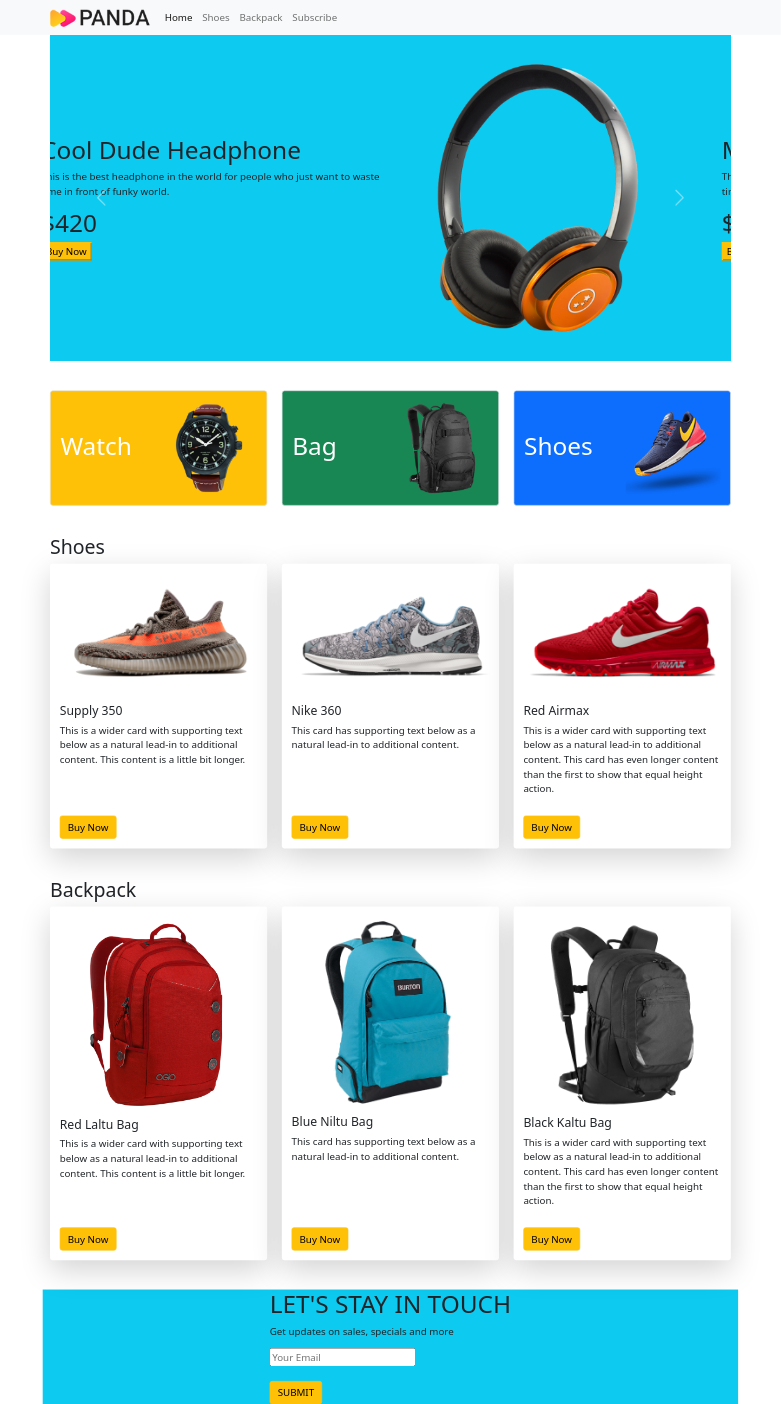
Repository: mdmohiddin/panda-commerce-rp
Page: index.html
The author's editor kept a copy of each file at every save. The page is drawn from the files as they stood at one save, then again after the next save.
The browser window is 1280 px wide. The pictures show the whole page, at 61% of full size.

Above is the page before, as saved 2021-07-28 19:45:19.

### index.html
<!DOCTYPE html>
<html lang="en">
<head>
    <meta charset="UTF-8">
    <meta http-equiv="X-UA-Compatible" content="IE=edge">
    <meta name="viewport" content="width=device-width, initial-scale=1.0">
    <title>panda-commerce</title>
    <!-- Bootstrap Stylesheet -->
    <link href="https://cdn.jsdelivr.net/npm/bootstrap@5.0.2/dist/css/bootstrap.min.css" rel="stylesheet" integrity="sha384-EVSTQN3/azprG1Anm3QDgpJLIm9Nao0Yz1ztcQTwFspd3yD65VohhpuuCOmLASjC" crossorigin="anonymous">

</head>
<body>
    <!-- header star -->
    <header>
        <nav class="navbar navbar-expand-lg navbar-light bg-light">
            <div class="container">
              <a class="navbar-brand" href="#">
                <img src="images/logo.png" alt="">
              </a>
              <button class="navbar-toggler" type="button" data-bs-toggle="collapse" data-bs-target="#navbarSupportedContent" aria-controls="navbarSupportedContent" aria-expanded="false" aria-label="Toggle navigation">
                <span class="navbar-toggler-icon"></span>
              </button>
              <div class="collapse navbar-collapse" id="navbarSupportedContent">

                <ul class="navbar-nav me-auto mb-2 mb-lg-0">

                    <li class="nav-item">
                    <a class="nav-link active" aria-current="page" href="#">Home</a>
                  </li>

                  <li class="nav-item">
                    <a class="nav-link" href="#">Shoes</a>
                  </li>

                  <li class="nav-item">
                    <a class="nav-link" href="#">Backpack</a>
                  </li>

                  <li class="nav-item">
                    <a class="nav-link" href="#">Subscribe</a>
                  </li>

                </ul>
              </div>
            </div>
          </nav>

          <!-- image slider -->
          <section class="container">
            <div id="carouselExampleControls" class="carousel slide" data-bs-ride="carousel">

                <div class="carousel-inner">

                    <div class="carousel-item active">

                        <div class="row bg-info p-5 d-flex align-items-center">
                            <div class="col-lg-7">
                                <h1>Cool Dude Headphone</h1>
                                <p>This is the best headphone in the world for people who just want to waste time in front of funky world.</p>
                                <h1>$420</h1>
                                <button class="btn-warning">Buy Now</button>
                            </div>
                            <div class="col-lg-5">
                                <img src="images/banner-images/headphone.png" class="d-block w-100" alt="...">
                            </div>
                        </div>
                  </div>

                  <div class="carousel-item">
                    <div class="row bg-info p-5 d-flex align-items-center">
                        <div class="col-lg-7">
                            <h1>Mega LCD TV For Sports</h1>
                            <p>This is the best headphone in the world for people who just want to waste time in front of funky world.</p>
                            <h1>$420</h1>
                            <button class="btn-warning">Buy Now</button>
                        </div>
                        <div class="col-lg-5">
                            <img src="images/banner-images/tv.png" class="d-block w-100" alt="...">
                        </div>
                    </div>
                  </div>

                  <div class="carousel-item">
                    <div class="row bg-info p-5 d-flex align-items-center">
                        <div class="col-lg-7">
                            <h1>X-Box for your living room</h1>
                            <p>This is the best headphone in the world for people who just want to waste time in front of funky world.</p>
                            <h1>$600</h1>
                            <button class="btn-warning">Buy Now</button>
                        </div>
                        <div class="col-lg-5">
                            <img src="images/banner-images/xbox.png" class="d-block w-100" alt="...">
                        </div>
                    </div>
                  </div>
                </div>
                <button class="carousel-control-prev" type="button" data-bs-target="#carouselExampleControls" data-bs-slide="prev">
                  <span class="carousel-control-prev-icon" aria-hidden="true"></span>
                  <span class="visually-hidden">Previous</span>
                </button>
                <button class="carousel-control-next" type="button" data-bs-target="#carouselExampleControls" data-bs-slide="next">
                  <span class="carousel-control-next-icon" aria-hidden="true"></span>
                  <span class="visually-hidden">Next</span>
                </button>
              </div>
          </section>
    </header>
    <!-- header end -->

    <main>
        <!-- catergories -->
        <section class="container my-5">
                <div class="row g-4">

                  <div class="col-lg-4 col-md-6 col-12">
                    <div class="p-3 border bg-warning d-flex align-items-center d-flex justify-content-between rounded-3">
                        <h1 class="text-white">Watch</h1>
                        <img src="images/categories/watch.png" alt="">
                    </div>
                  </div>

                  <div class="col-lg-4 col-md-6 col-12">
                    <div class="p-3 border bg-success d-flex align-items-center d-flex justify-content-between rounded-3">
                        <h1 class="text-white">Bag</h1>
                        <img src="images/categories/bag.png" alt="">
                    </div>
                  </div>

                  <div class="col-lg-4 col-md-6 col-12">
                    <div class="p-3 border bg-primary d-flex align-items-center d-flex justify-content-between rounded-3">
                        <h1 class="text-white">Shoes</h1>
                        <img src="images/categories/shoes.png" alt="">
                    </div>
                  </div>
                </div>
        </section>

        <!-- Shoes -->
        <section class="container">
            <h2>Shoes</h2>
            <div class="row row-cols-1 row-cols-md-2 row-cols-lg-3 g-4">

                <div class="col">
                  <div class="card h-100 border-0 shadow-lg">
                    <img src="images/shoes/shoe-1.png" class="card-img-top" alt="...">
                    <div class="card-body">
                      <h5 class="card-title">Supply 350</h5>
                      <p class="card-text">This is a wider card with supporting text below as a natural lead-in to additional content. This content is a little bit longer.</p>
                    </div>
                    <div class="m-3">
                     <button class="btn btn-warning">Buy Now</button>
                    </div>
                  </div>
                </div>

                <div class="col">
                  <div class="card h-100 border-0 shadow-lg">
                    <img src="images/shoes/shoe-2.png" class="card-img-top" alt="...">
                    <div class="card-body">
                      <h5 class="card-title">Nike 360</h5>
                      <p class="card-text">This card has supporting text below as a natural lead-in to additional content.</p>
                    </div>
                    <div class="m-3">
                      <button class="btn btn-warning">Buy Now</button>
                    </div>
                  </div>
                </div>

                <div class="col">
                  <div class="card h-100 border-0 shadow-lg">
                    <img src="images/shoes/shoe-3.png" class="card-img-top" alt="...">
                    <div class="card-body">
                      <h5 class="card-title">Red Airmax</h5>
                      <p class="card-text">This is a wider card with supporting text below as a natural lead-in to additional content. This card has even longer content than the first to show that equal height action.</p>
                    </div>
                    <div class="m-3">
                     <button class="btn btn-warning">Buy Now</button>
                    </div>
                  </div>
                </div>
              </div>
        </section>

        <!-- Backpack -->
        <section class="container my-5">
            <h2>Backpack</h2>
            <div class="row row-cols-1 row-cols-md-2 row-cols-lg-3 g-4">

                <div class="col">
                  <div class="card h-100 border-0 shadow-lg">
                    <img src="images/bags/bag-1.png" class="card-img-top" alt="...">
                    <div class="card-body">
                      <h5 class="card-title">Red Laltu Bag</h5>
                      <p class="card-text">This is a wider card with supporting text below as a natural lead-in to additional content. This content is a little bit longer.</p>
                    </div>
                    <div class="m-3">
                     <button class="btn btn-warning">Buy Now</button>
                    </div>
                  </div>
                </div>

                <div class="col">
                  <div class="card h-100 border-0 shadow-lg">
                    <img src="images/bags/bag-2.png" class="card-img-top" alt="...">
                    <div class="card-body">
                      <h5 class="card-title">Blue Niltu Bag</h5>
                      <p class="card-text">This card has supporting text below as a natural lead-in to additional content.</p>
                    </div>
                    <div class="m-3">
                      <button class="btn btn-warning">Buy Now</button>
                    </div>
                  </div>
                </div>

                <div class="col">
                  <div class="card h-100 border-0 shadow-lg">
                    <img src="images/bags/bag-3.png" class="card-img-top" alt="...">
                    <div class="card-body">
                      <h5 class="card-title">Black Kaltu Bag</h5>
                      <p class="card-text">This is a wider card with supporting text below as a natural lead-in to additional content. This card has even longer content than the first to show that equal height action.</p>
                    </div>
                    <div class="m-3">
                     <button class="btn btn-warning">Buy Now</button>
                    </div>
                  </div>
                </div>
              </div>
        </section>

        <!-- Subscription -->
        <section class="container d-flex justify-content-center bg-info h-50">
            <div>
                <h1>LET'S STAY IN TOUCH</h1>
                <p>Get updates on sales, specials and more</p>
                <input type="text" placeholder="Your Email">
                <br><br>
                <button class="btn btn-warning">SUBMIT</button>
                </div>
        </section>
    </main>
    <footer>

    </footer>

    <!-- Bootstrap JS -->
    <script src="https://cdn.jsdelivr.net/npm/bootstrap@5.0.2/dist/js/bootstrap.bundle.min.js" integrity="sha384-MrcW6ZMFYlzcLA8Nl+NtUVF0sA7MsXsP1UyJoMp4YLEuNSfAP+JcXn/tWtIaxVXM" crossorigin="anonymous"></script>
</body>
</html>

After the next save:
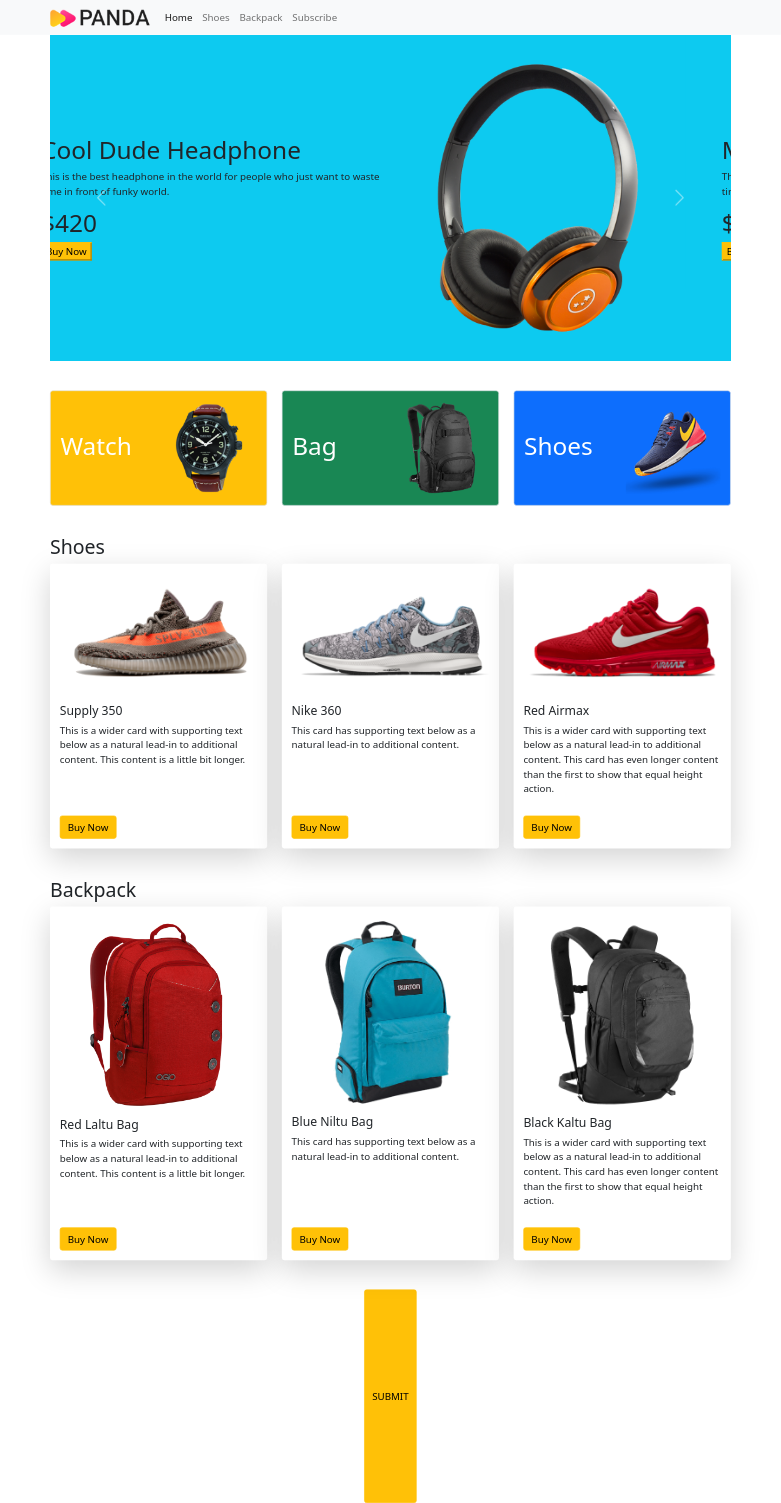
Saved 30 s later.
--- a/index.html
+++ b/index.html
@@ -228,7 +228,7 @@
         </section>
 
         <!-- Subscription -->
-        <section class="container d-flex justify-content-center bg-info h-50">
+        <section style="height: 350px;" class="container d-flex justify-content-center bg-info>
             <div>
                 <h1>LET'S STAY IN TOUCH</h1>
                 <p>Get updates on sales, specials and more</p>

After the 2 saves that followed:
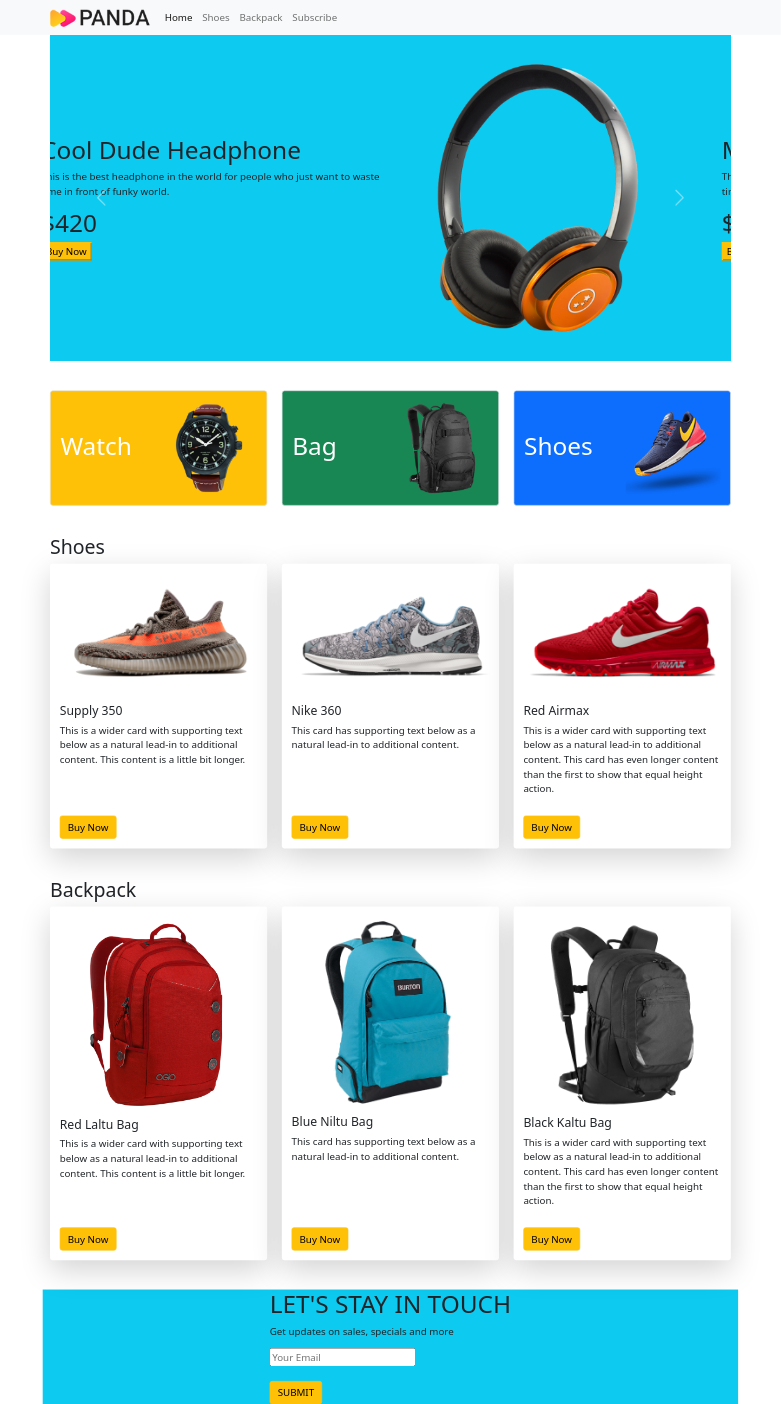
The 2 saves are shown as one change because 1 left the picture as it was.
The last was saved 2 min 24 s later.
--- a/index.html
+++ b/index.html
@@ -228,7 +228,7 @@
         </section>
 
         <!-- Subscription -->
-        <section style="height: 350px;" class="container d-flex justify-content-center bg-info>
+        <section class="container d-flex justify-content-center bg-info">
             <div>
                 <h1>LET'S STAY IN TOUCH</h1>
                 <p>Get updates on sales, specials and more</p>
